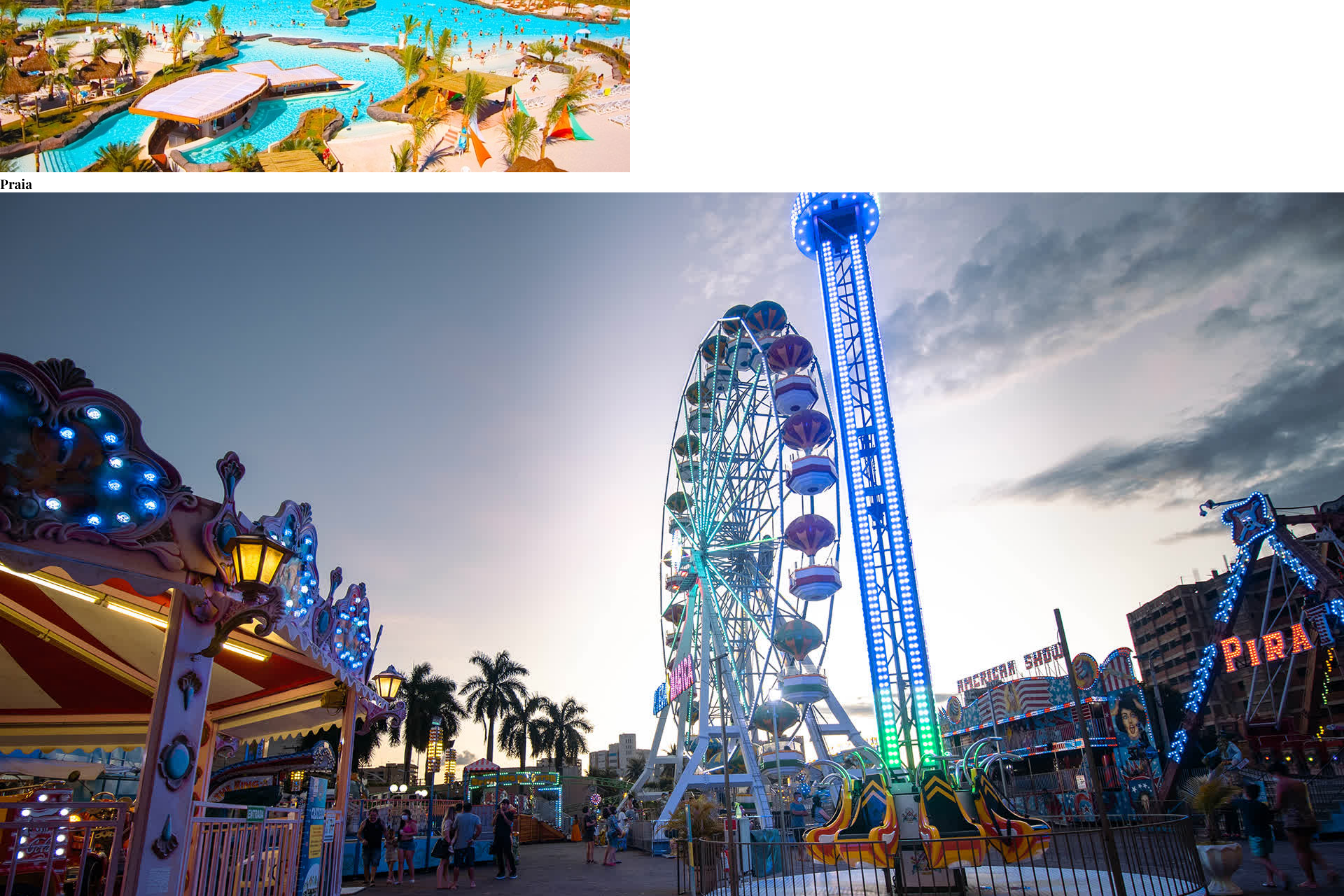
Repository: AbiezerSidonioJoseOdanacaJunior/DesafioLocalTuristico
Page: index.html
An editor plug-in stored every save of this project. The page is shown before and after the next save, followed by the edit.
The browser window is 1280 px wide. The page is 1920 px wide, so the pictures cover 1920 px, including what lies to the right of the window. The pictures show the part of the page from y = 1297 to 2577 px (the page is 5535 px tall before and 5385 px after), at 70% of full size.
Some web fonts or font styles are not loaded; a fallback is used.

Above is the page before, as saved 2024-11-11 17:01:45.

After the next save:
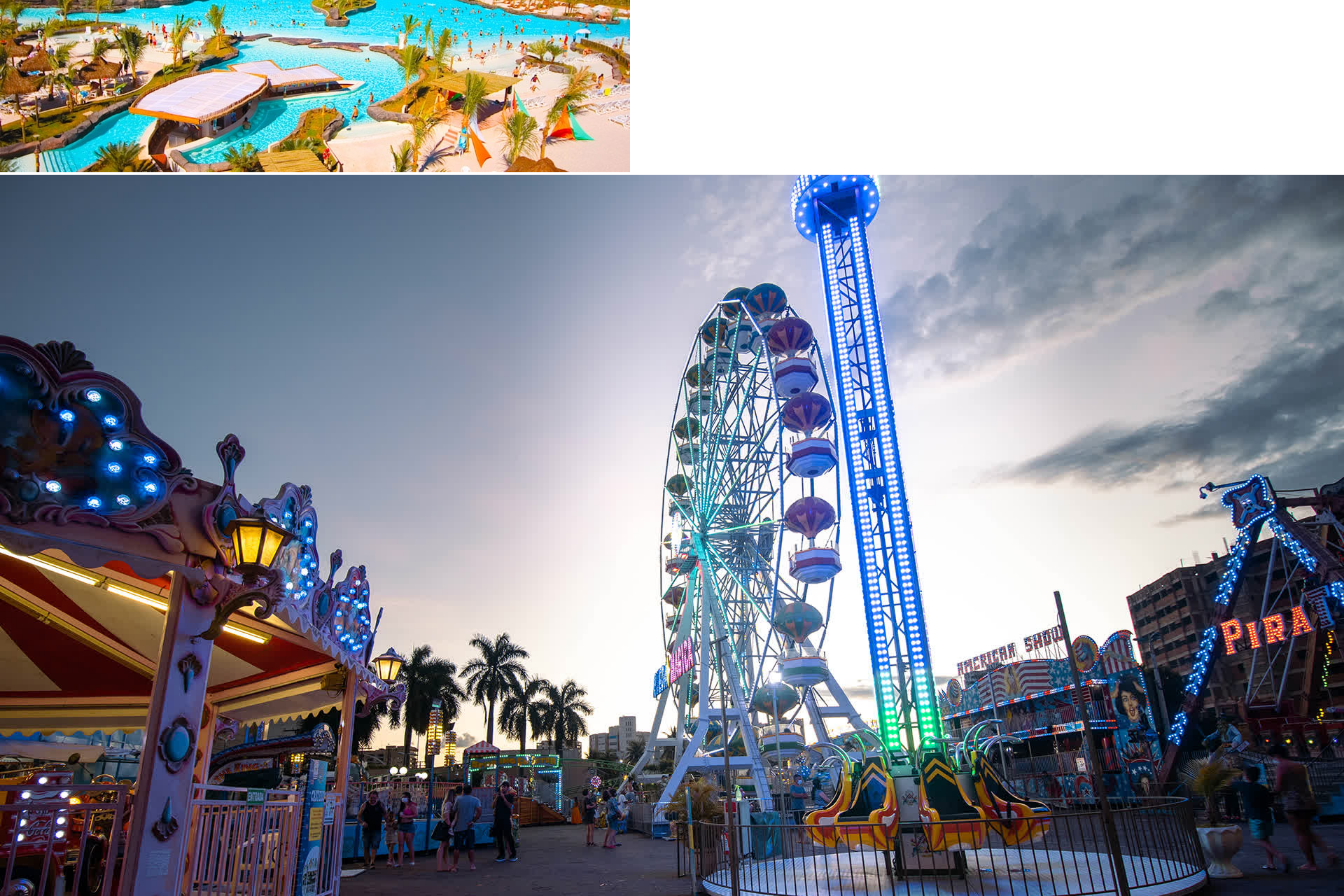
Saved 44 s later.
--- a/index.html
+++ b/index.html
@@ -52,27 +52,21 @@
                 <hr>
                 <div class="fotos-item">
                     <img src="./img/foto1.jpg" alt=" foto caldas">
-                    <h3>Praia</h3>
                 </div>
                 <div class="fotos-item">
                     <img src="./img/foto2.jpg" alt=" foto caldas">
-                    <h3>Praia</h3>
                 </div>
                 <div class="fotos-item">
                     <img src="./img/foto3.jpg" alt=" foto caldas">
-                    <h3>Praia</h3>
                 </div>
                 <div class="fotos-item">
                     <img src="./img/foto4.jpg" alt=" foto caldas">
-                    <h3>Praia</h3>
                 </div>
                 <div class="fotos-item">
                     <img src="./img/foto5.jpg" alt=" foto caldas">
-                    <h3>Praia</h3>
                 </div>
                 <div class="fotos-item">
                     <img src="./img/foto6.jpg" alt=" foto caldas">
-                    <h3>Praia</h3>
                 </div>
 
             </section>
